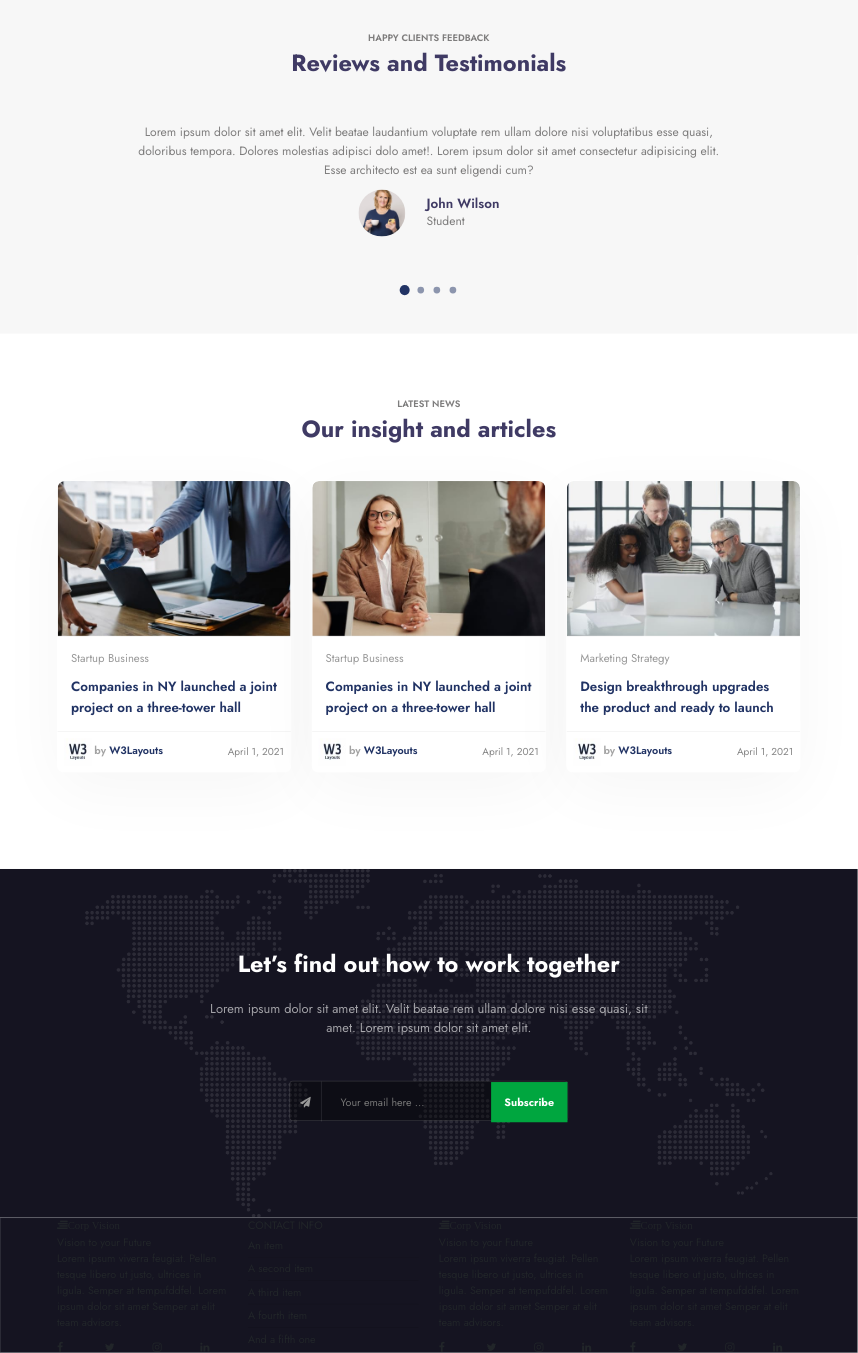
Repository: khaipnp/corpvision
Page: index.html
These files come from the project's save history. The page is drawn as it stood at one moment and after the next save; the edit follows.
The browser window is 1280 px wide. The pictures show the whole page, at 67% of full size.

Above is the page before, as saved 2021-07-04 12:48:12.

### index.html
<!DOCTYPE html>
<html lang="en">
  <head>
    <meta charset="UTF-8" />
    <meta http-equiv="X-UA-Compatible" content="IE=edge" />
    <meta name="viewport" content="width=device-width, initial-scale=1.0" />
    <title>Corpvision</title>
    <meta name="description" content="Corpvision Website" />
    <!-- FONT-GOOGLE -->
    <link rel="preconnect" href="https://fonts.gstatic.com" />
    <link
      href="https://fonts.googleapis.com/css2?family=Jost:ital,wght@0,100;0,200;0,300;0,400;0,500;0,600;0,700;0,800;0,900;1,400&display=swap"
      rel="stylesheet"
    />
    <!-- FONT-AWSOME -->
    <link
      rel="stylesheet"
      href="https://cdnjs.cloudflare.com/ajax/libs/font-awesome/5.15.3/css/all.min.css"
      integrity="sha512-iBBXm8fW90+nuLcSKlbmrPcLa0OT92xO1BIsZ+ywDWZCvqsWgccV3gFoRBv0z+8dLJgyAHIhR35VZc2oM/gI1w=="
      crossorigin="anonymous"
      referrerpolicy="no-referrer"
    />
    <link rel="stylesheet" href="./css/font-awesome.min.css" />
    <!-- OWL CAROUSEL -->
    <link
      rel="stylesheet"
      href="https://cdnjs.cloudflare.com/ajax/libs/OwlCarousel2/2.3.4/assets/owl.carousel.min.css"
      integrity="sha512-tS3S5qG0BlhnQROyJXvNjeEM4UpMXHrQfTGmbQ1gKmelCxlSEBUaxhRBj/EFTzpbP4RVSrpEikbmdJobCvhE3g=="
      crossorigin="anonymous"
      referrerpolicy="no-referrer"
    />
    <link
      rel="stylesheet"
      href="https://cdnjs.cloudflare.com/ajax/libs/OwlCarousel2/2.3.4/assets/owl.theme.default.css"
      integrity="sha512-OTcub78R3msOCtY3Tc6FzeDJ8N9qvQn1Ph49ou13xgA9VsH9+LRxoFU6EqLhW4+PKRfU+/HReXmSZXHEkpYoOA=="
      crossorigin="anonymous"
      referrerpolicy="no-referrer"
    />
    <!-- BOOTSTRAP -->
    <link
      rel="stylesheet"
      href="https://cdn.jsdelivr.net/npm/bootstrap@4.6.0/dist/css/bootstrap.min.css"
      integrity="sha384-B0vP5xmATw1+K9KRQjQERJvTumQW0nPEzvF6L/Z6nronJ3oUOFUFpCjEUQouq2+l"
      crossorigin="anonymous"
    />
    <!-- MAIN CSS -->
    <link rel="stylesheet" href="./css/main.css" />
  </head>
  <body>
    <header></header>
    <section class="feedback">
      <div class="feedback__content py-5">
        <div class="container">
          <h5 class="small-title col-12 text-center">Happy clients Feedback</h5>
          <h3 class="big-title col-12 text-center">Reviews and Testimonials</h3>
          <div class="testimonials owl-carousel owl-theme">
            <div class="testimonials__item">
              <p class="text-center col-12">
                Lorem ipsum dolor sit amet elit. Velit beatae laudantium
                voluptate rem ullam dolore nisi voluptatibus esse quasi,
                doloribus tempora. Dolores molestias adipisci dolo amet!. Lorem
                ipsum dolor sit amet consectetur adipisicing elit. Esse
                architecto est ea sunt eligendi cum?
              </p>
              <div
                class="
                  testimonials__desc
                  row
                  align-items-center
                  justify-content-center
                "
              >
                <div class="avatar mr-3">
                  <img src="./img/team1.jpg" alt="team 1" />
                </div>
                <div class="name ml-3">
                  <h3>John Wilson</h3>
                  <p>Student</p>
                </div>
              </div>
            </div>
            <div class="testimonials__item">
              <p class="text-center col-12">
                Lorem ipsum dolor sit amet elit. Velit beatae laudantium
                voluptate rem ullam dolore nisi voluptatibus esse quasi,
                doloribus tempora. Dolores molestias adipisci dolo amet!. Lorem
                ipsum dolor sit amet consectetur adipisicing elit. Esse
                architecto est ea sunt eligendi cum?
              </p>
              <div
                class="
                  testimonials__desc
                  row
                  align-items-center
                  justify-content-center
                "
              >
                <div class="avatar mr-3">
                  <img src="./img/team2.jpg" alt="team 2" />
                </div>
                <div class="name ml-3">
                  <h3>Julia Sakura</h3>
                  <p>Student</p>
                </div>
              </div>
            </div>
            <div class="testimonials__item">
              <p class="text-center col-12">
                Lorem ipsum dolor sit amet elit. Velit beatae laudantium
                voluptate rem ullam dolore nisi voluptatibus esse quasi,
                doloribus tempora. Dolores molestias adipisci dolo amet!. Lorem
                ipsum dolor sit amet consectetur adipisicing elit. Esse
                architecto est ea sunt eligendi cum?
              </p>
              <div
                class="
                  testimonials__desc
                  row
                  align-items-center
                  justify-content-center
                "
              >
                <div class="avatar mr-3">
                  <img src="./img/team3.jpg" alt="team 3" />
                </div>
                <div class="name ml-3">
                  <h3>Roy Linderson</h3>
                  <p>Student</p>
                </div>
              </div>
            </div>
            <div class="testimonials__item">
              <p class="text-center col-12">
                Lorem ipsum dolor sit amet elit. Velit beatae laudantium
                voluptate rem ullam dolore nisi voluptatibus esse quasi,
                doloribus tempora. Dolores molestias adipisci dolo amet!. Lorem
                ipsum dolor sit amet consectetur adipisicing elit. Esse
                architecto est ea sunt eligendi cum?
              </p>
              <div
                class="
                  testimonials__desc
                  row
                  align-items-center
                  justify-content-center
                "
              >
                <div class="avatar mr-3">
                  <img src="./img/team4.jpg" alt="team 4" />
                </div>
                <div class="name ml-3">
                  <h3>Smith Johnson</h3>
                  <p>Student</p>
                </div>
              </div>
            </div>
          </div>
        </div>
      </div>
    </section>
    <section class="news py-5">
      <div class="news__content py-5">
        <div class="container">
          <h5 class="small-title col-12 text-center">LATEST NEWS</h5>
          <h3 class="big-title col-12 text-center">Our insight and articles</h3>
          <div class="row py-5">
            <div class="news__item col-md-6 col-lg-4">
              <div class="news__card">
                <div class="card__thumbnail p-0 position-relative">
                  <img src="./img/blog1.jpg" alt="blog 1" />
                </div>
                <div class="card__content">
                  <p>Startup Business</p>
                  <a href="#">Companies in NY launched a joint project on a three-tower
                    hall</a>
                </div>
                <div class="card__footer">
                  <span><img src="./img/icon.jpeg" alt="" /> by <a href="#">W3Layouts</a></span>
                  <p>April 1, 2021</p>
                </div>
              </div>
            </div>
            <div class="news__item col-md-6 col-lg-4">
              <div class="news__card">
                <div class="card__thumbnail p-0 position-relative">
                  <img src="./img/blog2.jpg" alt="blog 1" />
                </div>
                <div class="card__content">
                  <p>Startup Business</p>
                  <a href="#">Companies in NY launched a joint project on a three-tower
                    hall</a>
                </div>
                <div class="card__footer">
                  <span><img src="./img/icon.jpeg" alt="" /> by <a href="#">W3Layouts</a></span>
                  <p>April 1, 2021</p>
                </div>
              </div>
            </div>
            <div class="news__item col-md-6 col-lg-4">
              <div class="news__card">
                <div class="card__thumbnail p-0 position-relative">
                  <img src="./img/blog3.jpg" alt="blog 1" />
                </div>
                <div class="card__content">
                  <p>Marketing Strategy</p>
                  <a href="#">Design breakthrough upgrades the product and ready to launch</a>
                </div>
                <div class="card__footer">
                  <span><img src="./img/icon.jpeg" alt="" /> by <a href="#">W3Layouts</a></span>
                  <p>April 1, 2021</p>
                </div>
              </div>
            </div>
          </div>
        </div>
      </div>
    </section>
    <div class="subscribe py-5">
      <div class="container">
        <div class="sub__box my-5 mx-auto align-items-center justify-content-center">
          <h3 class="big-title py-4 col-12 text-center">Let’s find out how to work together<h3>
          <p class="col-12 text-center">Lorem ipsum dolor sit amet elit. Velit beatae rem ullam dolore nisi esse quasi, sit amet. Lorem ipsum dolor sit amet elit.</p>
          <div class="input__email justify-content-center py-5">
            <form>
              <i class="fa fa-paper-plane"></i>
              <input type="email" placeholder="Your email here ...">
              <button>Subscribe</button>
            </form>
          </div>
        </div>
      </div>
    </div>
    <footer>
      <div class="footer__info container">
        <div class="row">
          <div class="footer__content col-3">
            <i class="fa fa-align-right">Corp Vision</i>
            <div class="slogan">Vision to your Future</div>
            <p>Lorem ipsum viverra feugiat. Pellen tesque libero ut justo, ultrices in ligula. Semper at tempufddfel. Lorem ipsum dolor sit amet Semper at elit team advisors.</p>
            <div class="social__network row justify-content-start">
              <i class="fa fa-facebook col-3"></i>
              <i class="fa fa-twitter col-3"></i>
              <i class="fa fa-instagram col-3"></i>
              <i class="fa fa-linkedin col-3"></i>
            </div>
          </div>
          <div class="footer__content col-3">
            CONTACT INFO
            <ul class="list-group list-group-flush">
              <li class="list-group-item">An item</li>
              <li class="list-group-item">A second item</li>
              <li class="list-group-item">A third item</li>
              <li class="list-group-item">A fourth item</li>
              <li class="list-group-item">And a fifth one</li>
            </ul>
          </div>
          <div class="footer__content col-3">
            <i class="fa fa-align-right">Corp Vision</i>
            <div class="slogan">Vision to your Future</div>
            <p>Lorem ipsum viverra feugiat. Pellen tesque libero ut justo, ultrices in ligula. Semper at tempufddfel. Lorem ipsum dolor sit amet Semper at elit team advisors.</p>
            <div class="social__network row justify-content-start">
              <i class="fa fa-facebook col-3"></i>
              <i class="fa fa-twitter col-3"></i>
              <i class="fa fa-instagram col-3"></i>
              <i class="fa fa-linkedin col-3"></i>
            </div>
          </div>
          <div class="footer__content col-3">
            <i class="fa fa-align-right">Corp Vision</i>
            <div class="slogan">Vision to your Future</div>
            <p>Lorem ipsum viverra feugiat. Pellen tesque libero ut justo, ultrices in ligula. Semper at tempufddfel. Lorem ipsum dolor sit amet Semper at elit team advisors.</p>
            <div class="social__network row justify-content-start">
              <i class="fa fa-facebook col-3"></i>
              <i class="fa fa-twitter col-3"></i>
              <i class="fa fa-instagram col-3"></i>
              <i class="fa fa-linkedin col-3"></i>
            </div>
          </div>
        </div>
      </div>
    </footer>
    <!-- SCRIPT -->
    <!-- BOOTSTRAP -->
    <script
      src="https://cdnjs.cloudflare.com/ajax/libs/jquery/3.6.0/jquery.js"
      integrity="sha512-n/4gHW3atM3QqRcbCn6ewmpxcLAHGaDjpEBu4xZd47N0W2oQ+6q7oc3PXstrJYXcbNU1OHdQ1T7pAP+gi5Yu8g=="
      crossorigin="anonymous"
      referrerpolicy="no-referrer"
    ></script>
    <script
      src="https://cdn.jsdelivr.net/npm/bootstrap@4.6.0/dist/js/bootstrap.bundle.min.js"
      integrity="sha384-Piv4xVNRyMGpqkS2by6br4gNJ7DXjqk09RmUpJ8jgGtD7zP9yug3goQfGII0yAns"
      crossorigin="anonymous"
    ></script>
    <!-- OWL CAROUSEL -->
    <script src="./js/owl.carousel.min.js"></script>
    <script>
      $(document).ready(function () {
        $(".owl-carousel").owlCarousel({
          navigation: false,
          slideSpeed: 300,
          paginationSpeed: 400,
          singleItem: true,
          items: 1,
          // itemsDesktop : false,
          // itemsDesktopSmall : false,
          // itemsTablet: false,
          // itemsMobile : false
        });
      });
    </script>
  </body>
</html>

### css/main.css
* {
  padding: 0;
  margin: 0;
  box-sizing: border-box;
}

html,
body {
  font-family: "Jost", sans-serif;
  background: #fff;
}

.small-title {
  color: #7e7d7d;
  font-size: 14px;
  font-weight: 600;
  text-transform: uppercase;
}

.big-title {
  color: #3f3a64;
  font-size: 35px;
  font-weight: 700;
}

/* FEEDBACK */
.feedback {
  background-color: #f7f7f7;
}

.testimonials__item {
  margin: 60px auto;
  display: block;
  max-width: 900px;
  height: auto;
}

.testimonials__item p {
  color: #7e7d7d;
  font-size: 18px;
  line-height: 28px;
}

.testimonials__desc .avatar {
  width: 70px;
  height: 70px;
  overflow: hidden;
  border-radius: 50%;
}

.testimonials__desc .avatar img {
  width: 100%;
  height: 100%;
  object-fit: cover;
}

.name h3 {
  font-size: 20px;
  margin: 0;
  font-weight: 600;
  color: #3f3a64;
}
.name p {
  font-style: normal;
  margin-bottom: 0;
}

.owl-theme .owl-dots .owl-dot.active span,
.owl-theme .owl-dots .owl-dot span {
  background: rgba(33, 51, 100, 0.5);
  transform: scale(1);
  transition: all 0.5s;
}

.owl-theme .owl-dots .owl-dot.active span,
.owl-theme .owl-dots .owl-dot:hover span {
  background: #213364 !important;
  transform: scale(1.5);
}

/* NEWS */
.news__card {
  background-color: #fff;
  box-shadow: 0 25px 98px 0 rgb(0 0 0 / 4%);
  border: 1px solid transparent;
  border-radius: 10px;
}

.card__thumbnail {
  overflow: hidden;
  border-radius: 10px 10px 0 0;
}

.card__thumbnail img {
  width: 100%;
  border-radius: 10px 10px 0 0;
  object-fit: cover;
  cursor: pointer;
  transition: all 0.5s;
}

.card__thumbnail img:hover {
  transform: scale(1.15);
}

.card__content {
  padding: 20px;
}

.card__content p {
  color: #999;
  font-size: 17px;
  font-weight: 400;
}

.card__content a {
  text-decoration: none;
  color: #213364;
  font-size: 20px;
  font-weight: 600;
  transition: all 0.5s;
  cursor: pointer;
}

.card__content a:hover {
  color: #00a63f;
}

.card__footer {
  display: flex;
  justify-content: space-between;
  align-items: center;
  border-top: 1px solid rgba(126, 125, 125, 0.1);
  padding: 10px;
}

.card__footer a {
  color: #213364;
  font-size: 1rem;
  font-weight: 600;
  cursor: pointer;
  transition: all 0.5s;
  text-decoration: none;
}

.card__footer a:hover {
  color: #00a63f;
}

.card__footer img {
  cursor: pointer;
}

.card__footer span {
  color: rgb(102, 102, 102, 0.6);
  font-weight: 600;
}

.card__footer p {
  margin-bottom: 0;
  font-size: 15px;
  color: rgb(102, 102, 102, 0.8);
}

/* SUBCRIBE */
.subscribe {
  background-image: url(../img/map.png);
  background-color: #151421;
  background-size: contain;
  background-repeat: no-repeat;
  background-position: center;
}

.sub__box {
  max-width: 700px;
}

.sub__box .big-title {
  color: #fff;
}

.sub__box p {
  font-size: 1.2rem;
  color: rgba(255, 255, 255, 0.6);
  line-height: 1.5;
  font-weight: 400;
}

.input__email {
  display: flex;
}

.input__email form {
  border: 1px solid rgb(255, 255, 255, 0.15);
  border-radius: 5px;
  height: 60px;
  background: rgb(0, 0, 0, 0.35);
  max-width: 550px;
}

.input__email input {
  color: #999;
  padding: 20px 20px;
  border: none;
  font-size: 1rem;
  outline: none;
  background: none;
}

.input__email button {
  background-color: #00a63f;
  color: #fff;
  height: 60px;
  padding: 0 20px;
  border: none;
  font-size: 1rem;
  font-weight: 700;
  line-height: 60px;
  text-align: center;
}

.input__email i {
  text-align: center;
  color: #999;
  font-size: 1rem;
  border-right: 1px solid rgb(255, 255, 255, 0.15);
  line-height: 60px;
  padding: 0 15px;
}

/* FOOTER */

footer {
  background-color: #151421;
  border: 1px solid rgb(255, 255, 255, 0.15);
}

.footer__content .list-group-item {
  background-color: transparent !important;
  padding: 5px 0 !important;
}

Loaded but not shown: css/font-awesome.min.css (library); js/owl.carousel.min.js (library)

After the next save:
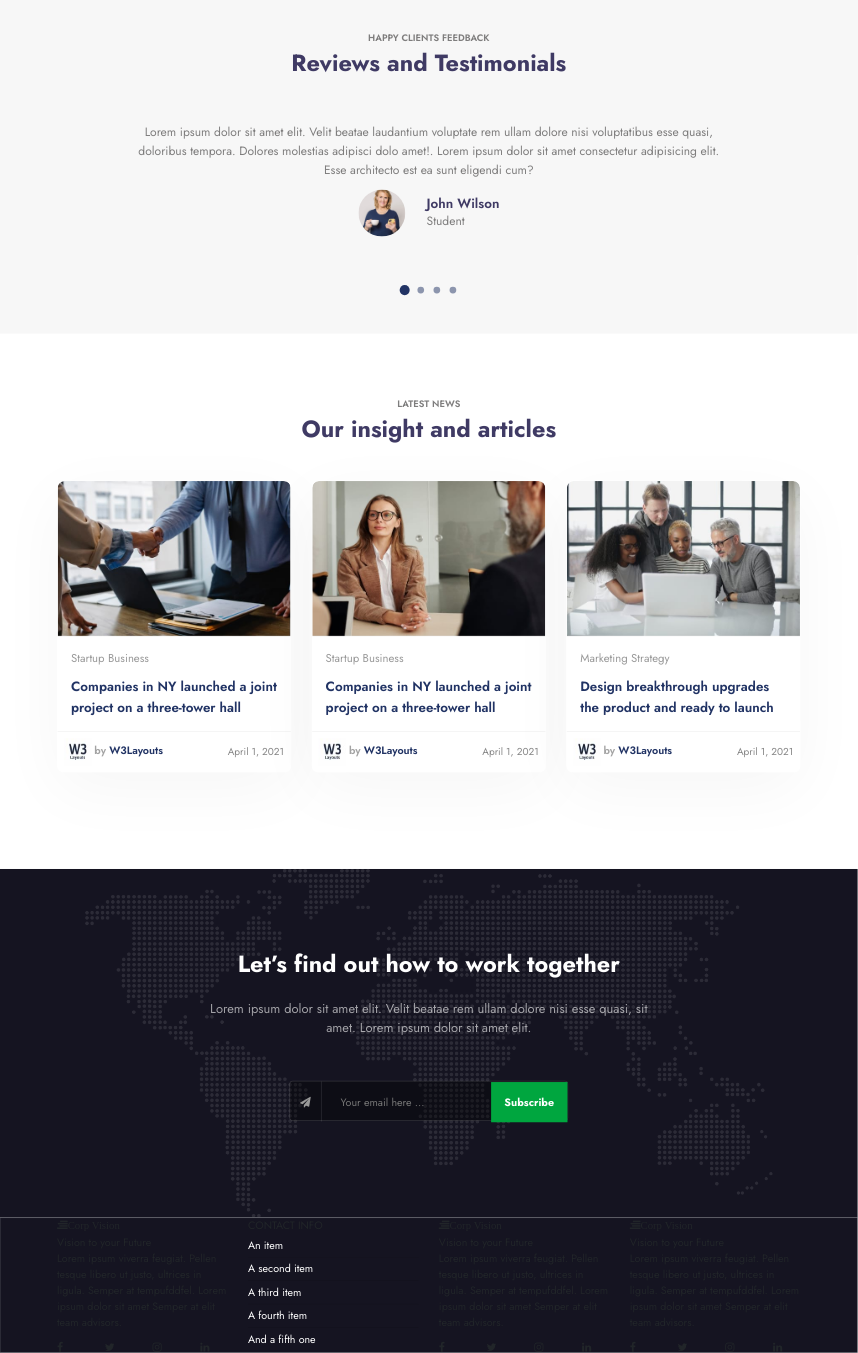
Saved 16 s later.
--- a/css/main.css
+++ b/css/main.css
@@ -238,4 +238,5 @@ footer {
 .footer__content .list-group-item {
   background-color: transparent !important;
   padding: 5px 0 !important;
-}
+  color: #fff;
+}
